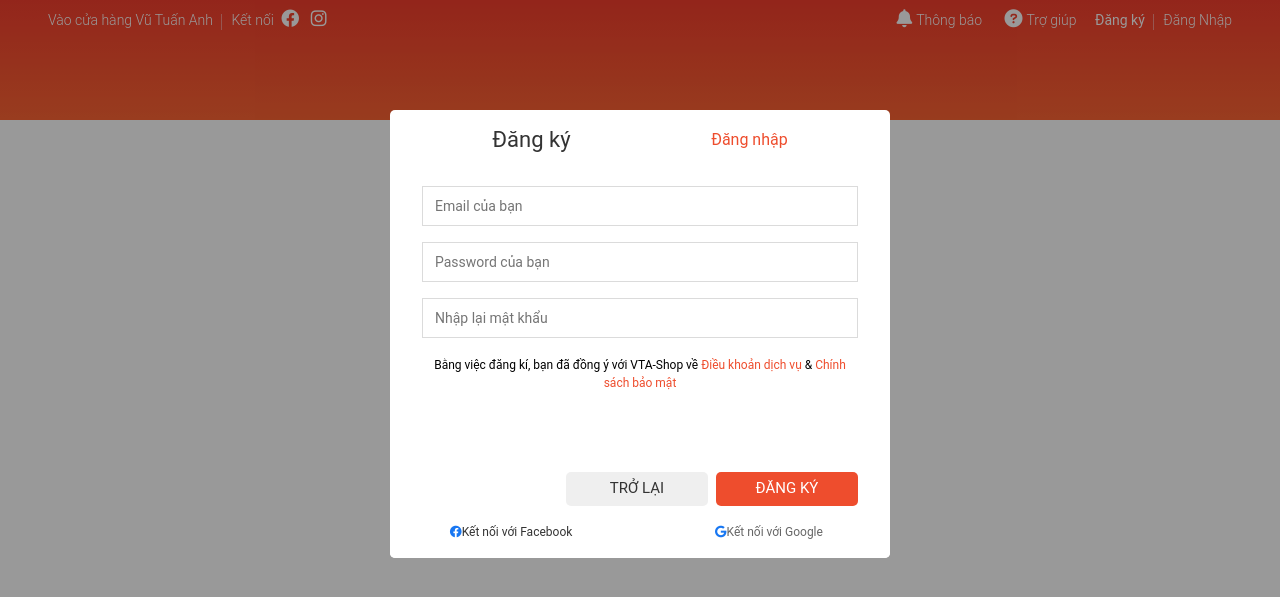
Repository: VuTuanAnh0949/Shopee
Page: index.html
These files come from the project's save history. The page is drawn as it stood at one moment and after the next save; the edit follows.
The browser window is 1280 px wide. The pictures show the whole page.

Above is the page before, as saved 2022-02-16 14:03:30.

After the next save:
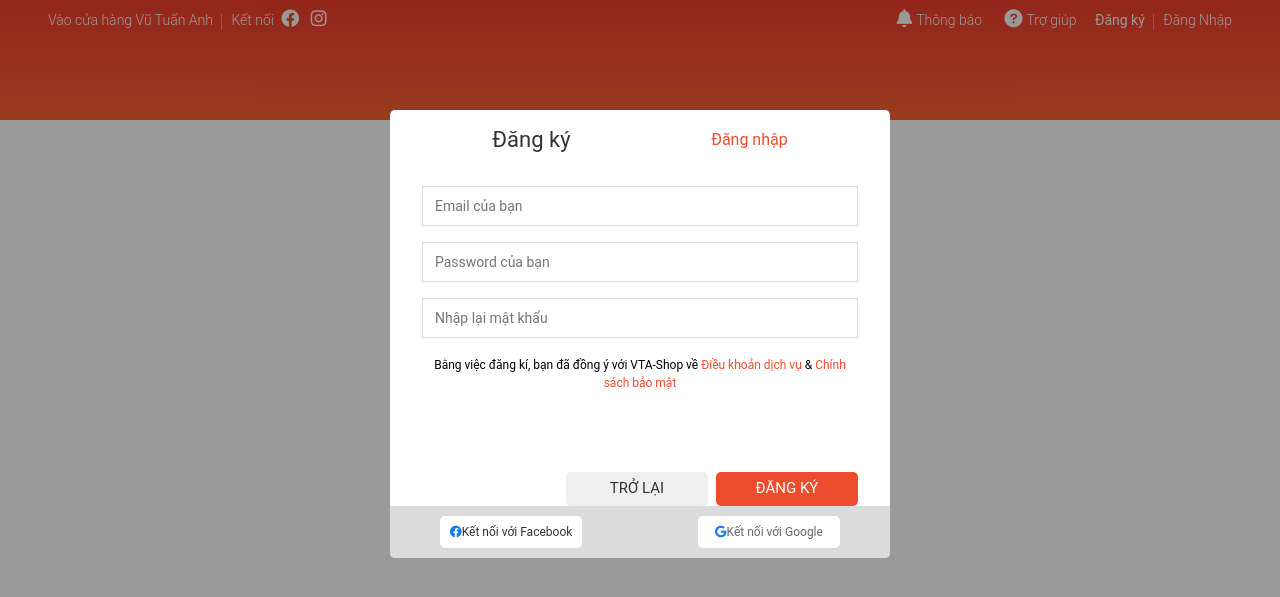
Saved 24 s later.
--- a/assets/css/main.css
+++ b/assets/css/main.css
@@ -288,7 +288,7 @@
 }
 .auth-form__socials--facebook{
   color: var(--white-color);
-  background-color:#ffffff ;
+  background-color:var(--border-color) ;
   display: flex;
   justify-content: space-between;
 }

After the save that followed:
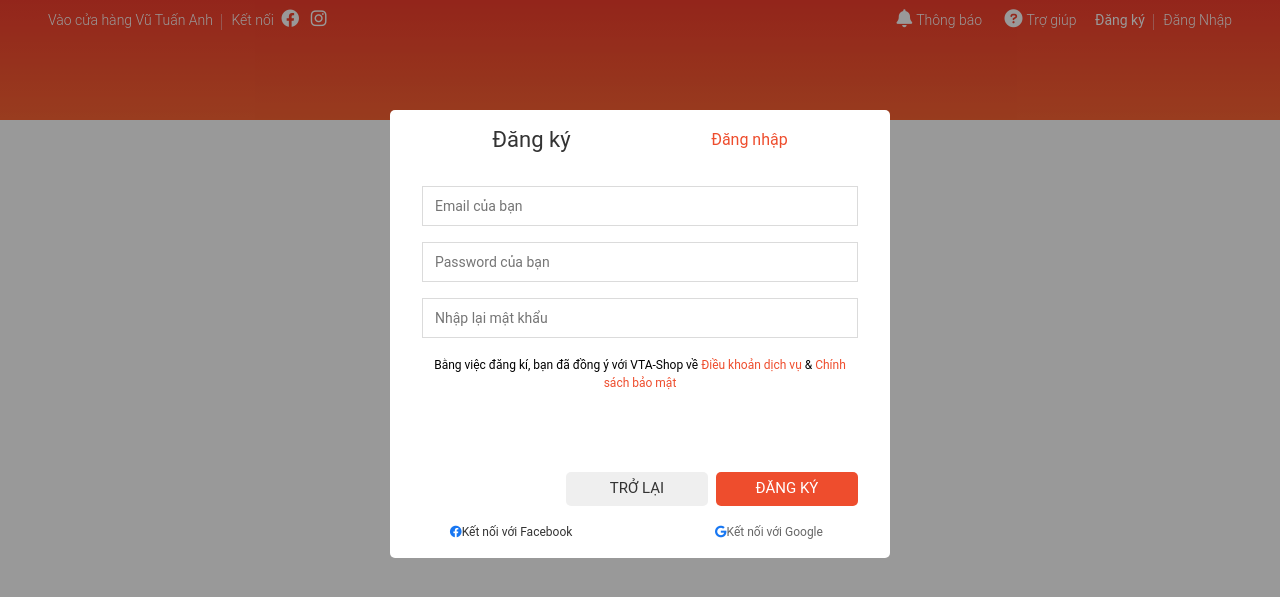
Saved 10 s later.
--- a/assets/css/main.css
+++ b/assets/css/main.css
@@ -288,7 +288,7 @@
 }
 .auth-form__socials--facebook{
   color: var(--white-color);
-  background-color:var(--border-color) ;
+  background-color:  ;
   display: flex;
   justify-content: space-between;
 }
